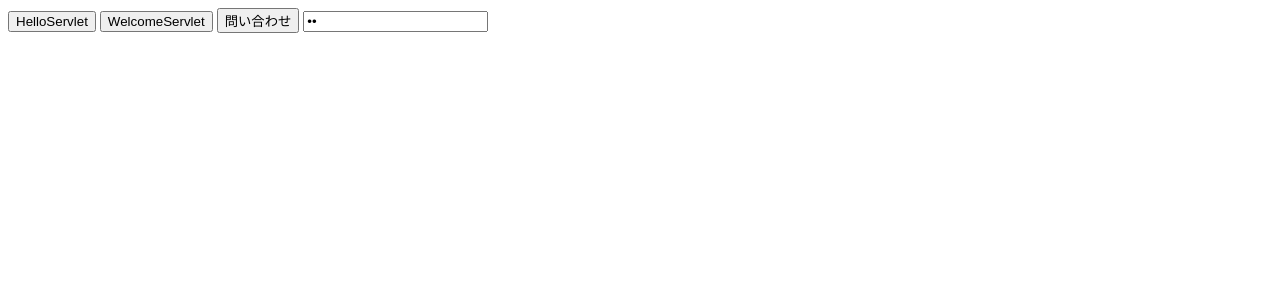
Repository: emiK1229/test
Page: http://localhost/HelloServlet/
These files come from the project's save history. The page is drawn as it stood at one moment and after the next save; the edit follows.
The browser window is 1280 px wide. The pictures show the whole page.
The page is served by Tomcat 9. Other server files are loaded and not shown.

Above is the page before, as saved 2019-04-22 05:04:34.

### HelloServlet/WebContent/index.jsp
<%@ page language="java" contentType="text/html; charset=UTF-8"
    pageEncoding="UTF-8"%>
<!DOCTYPE html>
<html>
<head>
<meta charset="UTF-8">
<title>HelloServlet</title>
</head>
<body>
<input type="button" value="HelloServlet" onClick="location.href='HelloServlet'">
<input type="button" value="WelcomeServlet" onClick="location.href='welcome.jsp'">
<input type="button" value="問い合わせ" onClick="location.href='inquiry.jsp'">
<input type="password" value="送信">
</body>
</html>

After the next save:
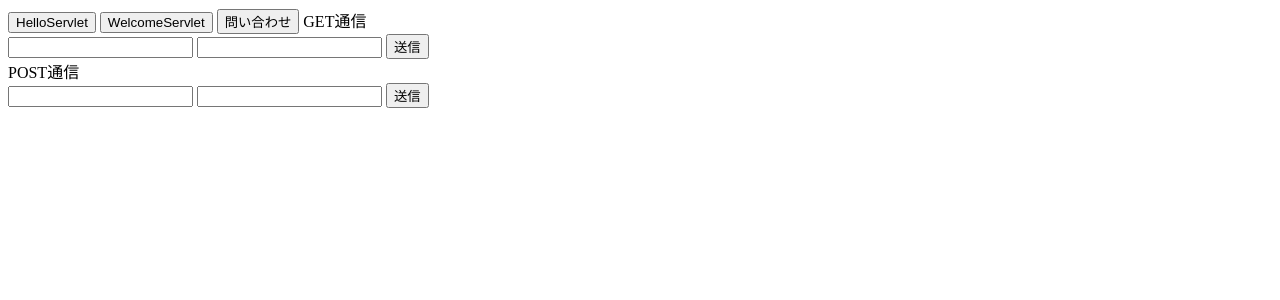
Saved 3 min 37 s later.
--- a/HelloServlet/WebContent/index.jsp
+++ b/HelloServlet/WebContent/index.jsp
@@ -10,6 +10,18 @@
 <input type="button" value="HelloServlet" onClick="location.href='HelloServlet'">
 <input type="button" value="WelcomeServlet" onClick="location.href='welcome.jsp'">
 <input type="button" value="問い合わせ" onClick="location.href='inquiry.jsp'">
-<input type="password" value="送信">
+
+GET通信
+<form method="get" action="TestServlet">
+<input type="text" name="username">
+<input type="password" name="password">
+<input type="submit"value="送信">
+</form>
+POST通信
+<form method="post" action="TestServlet">
+<input type="text" name="username">
+<input type="password" name="password">
+<input type="submit" value="送信">
+</form>
 </body>
 </html>
